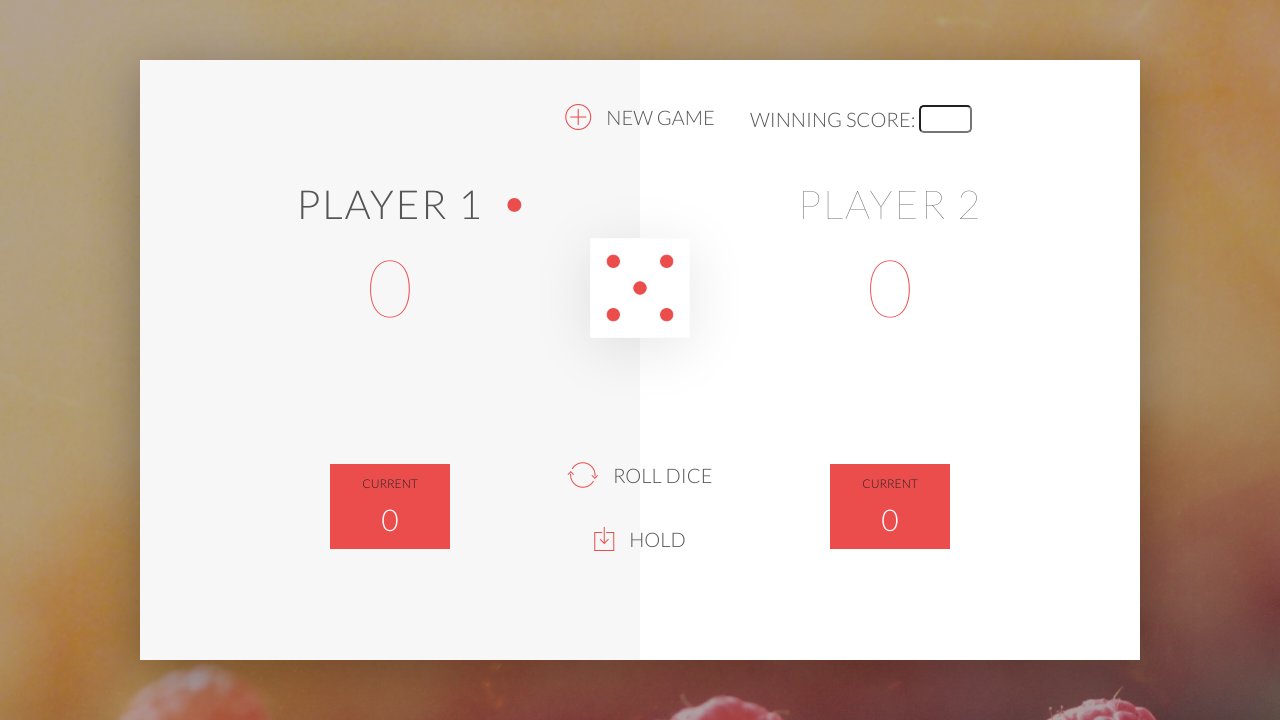
Repository: hexanek/hexanek.github.io
Page: pig-game/index.html
An editor plug-in stored every save of this project. The page is shown before and after the next save, followed by the edit.
The browser window is 1280 px wide. The pictures show the whole page.

Above is the page before, as saved 2019-12-19 23:14:44.

After the next save:
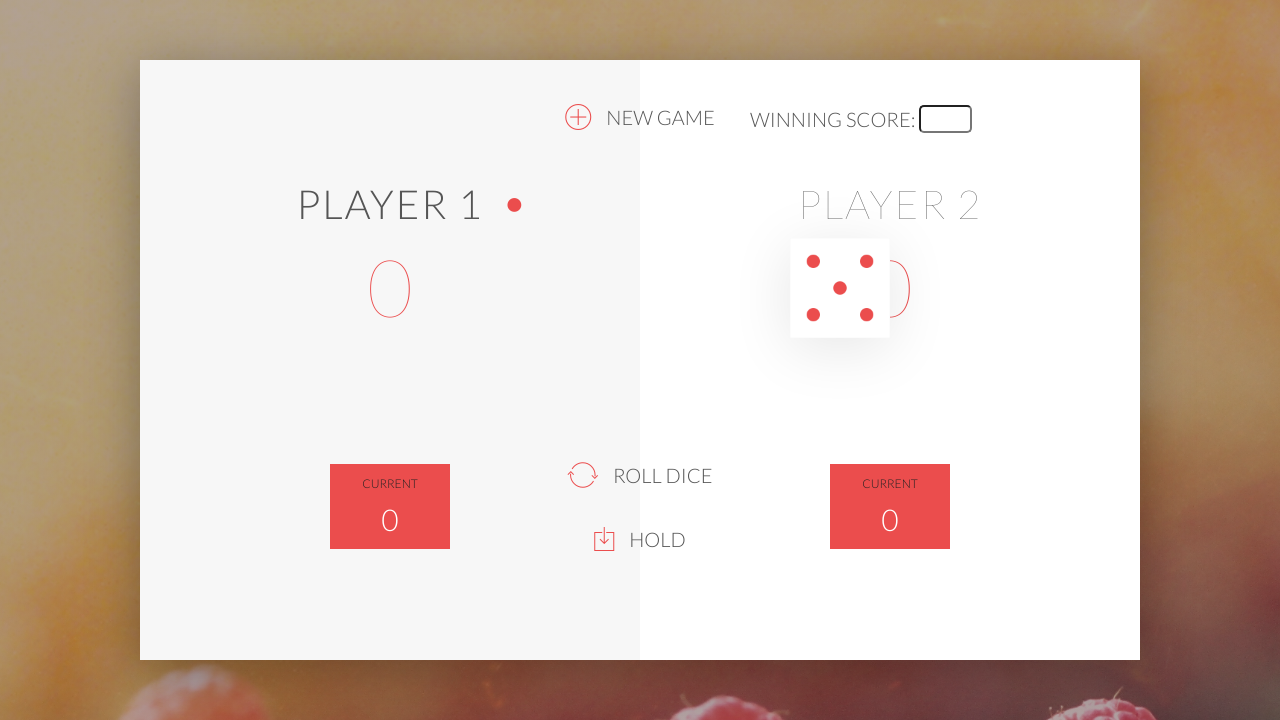
Saved 76 s later.
--- a/pig-game/style.css
+++ b/pig-game/style.css
@@ -202,6 +202,9 @@
     height: 100px;
     box-shadow: 0px 10px 60px rgba(0, 0, 0, 0.10);
 }
+.dice:last-child {
+    left: 70%;
+}
 
 .winner { background-color: #f7f7f7; }
 .winner .player-name { font-weight: 300; color: #EB4D4D; }

After the save that followed:
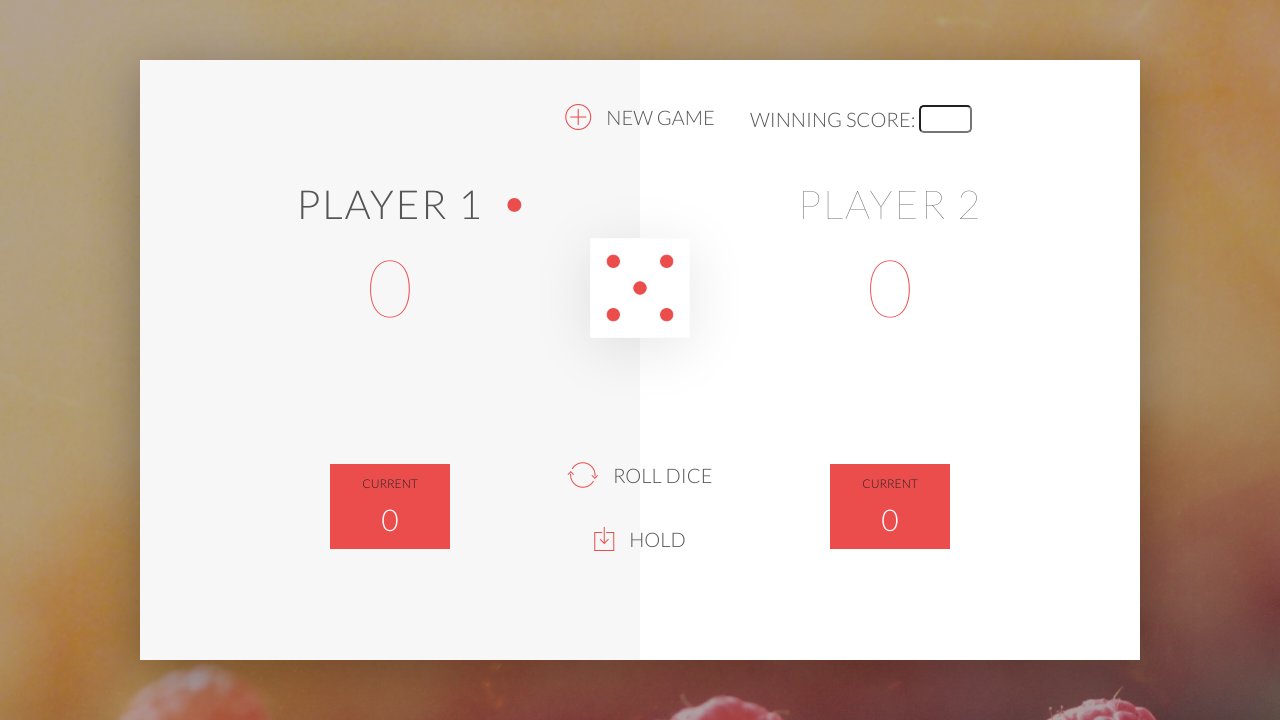
Saved 39 s later.
--- a/pig-game/style.css
+++ b/pig-game/style.css
@@ -202,7 +202,7 @@
     height: 100px;
     box-shadow: 0px 10px 60px rgba(0, 0, 0, 0.10);
 }
-.dice:last-child {
+.dice:nth-child() {
     left: 70%;
 }
 
